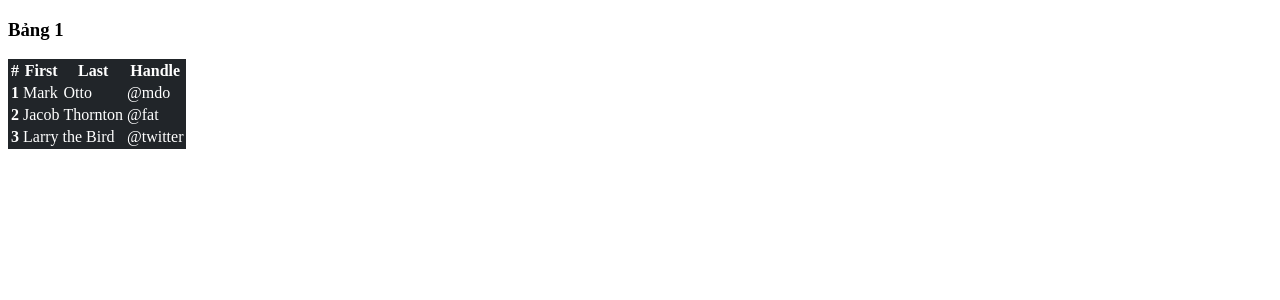
Repository: ThuatDev/BTVN_FE_JUNE
Page: index.html
An editor plug-in stored every save of this project. The page is shown before and after the next save, followed by the edit.
The browser window is 1280 px wide. The pictures show the whole page.

Above is the page before, as saved 2023-08-02 15:14:13.

After the next save:
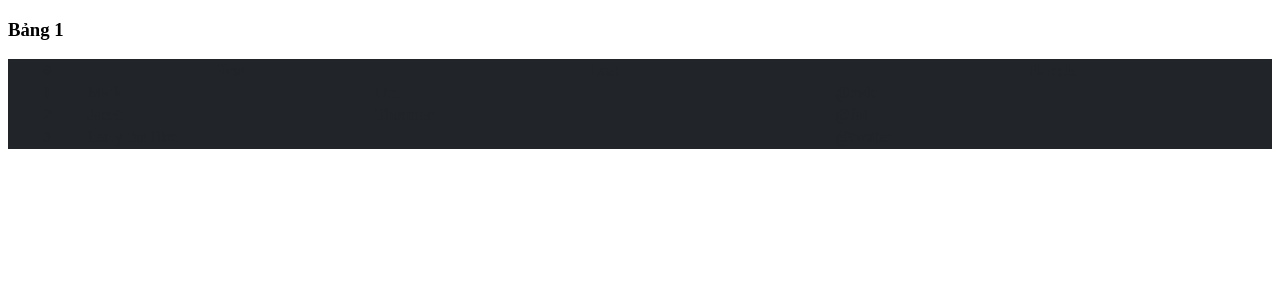
Saved 29 s later.
--- a/index.html
+++ b/index.html
@@ -14,6 +14,11 @@
       }
       .text-white {
         color: #fff;
+      }
+      .table {
+        width: 100%;
+        margin-bottom: 1rem;
+        color: #212529;
       }
     </style>
   </head>
